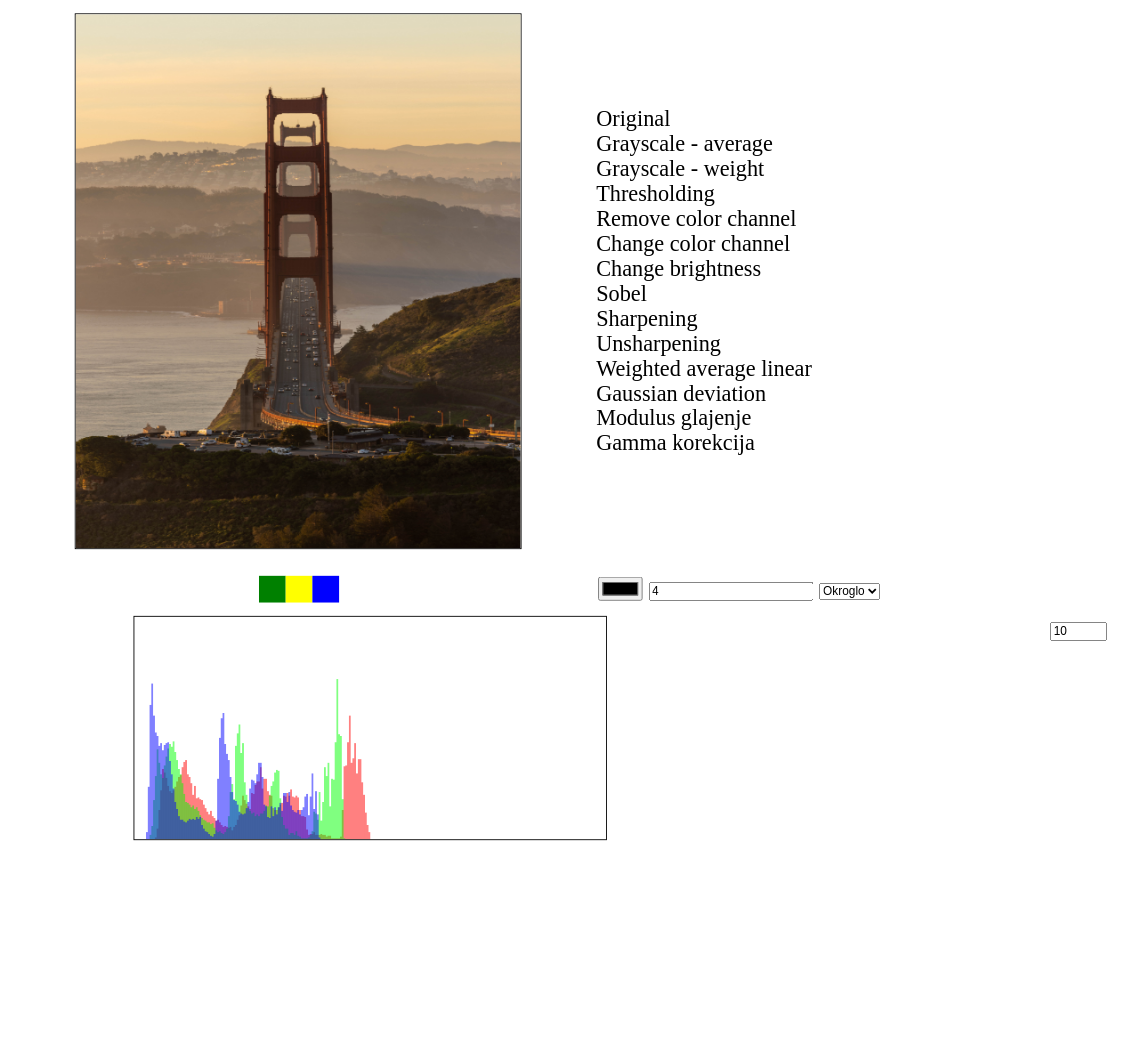
Repository: fussionko/web_photoshop
Page: index.html
The author's editor kept a copy of each file at every save. The page is drawn from the files as they stood at one save, then again after the next save.
The browser window is 1280 px wide. The pictures show the whole page, at 89% of full size.

Above is the page before, as saved 2022-04-28 13:19:07.

After the next save:
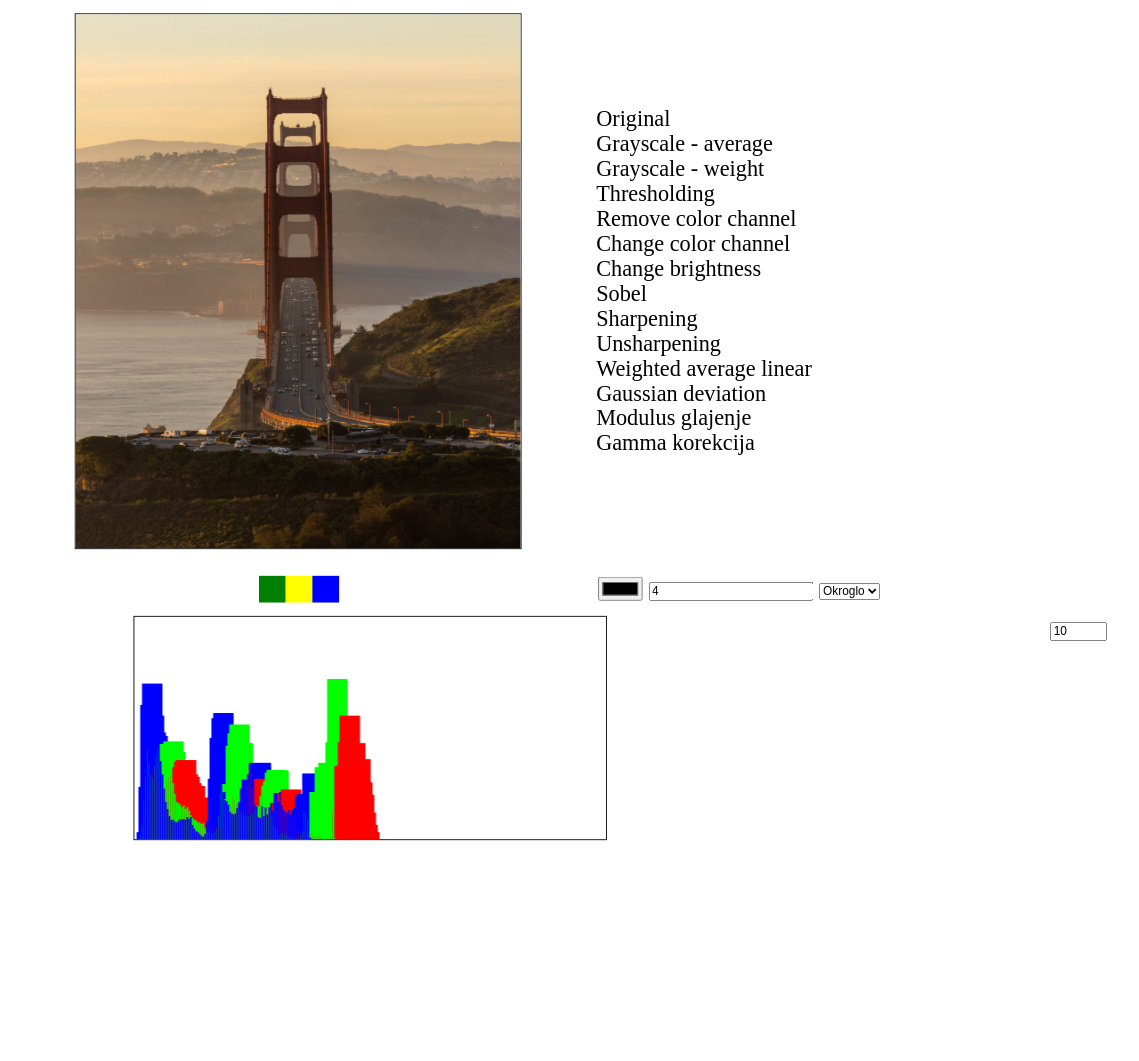
Saved 8 s later.
--- a/graph.js
+++ b/graph.js
@@ -101,7 +101,7 @@ function normalizeGraph()
 
 function draw_graph()
 {
-    graph_ctx.lineWidth = 1;
+    graph_ctx.lineWidth = 23;
     for(let range in graph["r"])
     {
         range = parseInt(range)*2;
